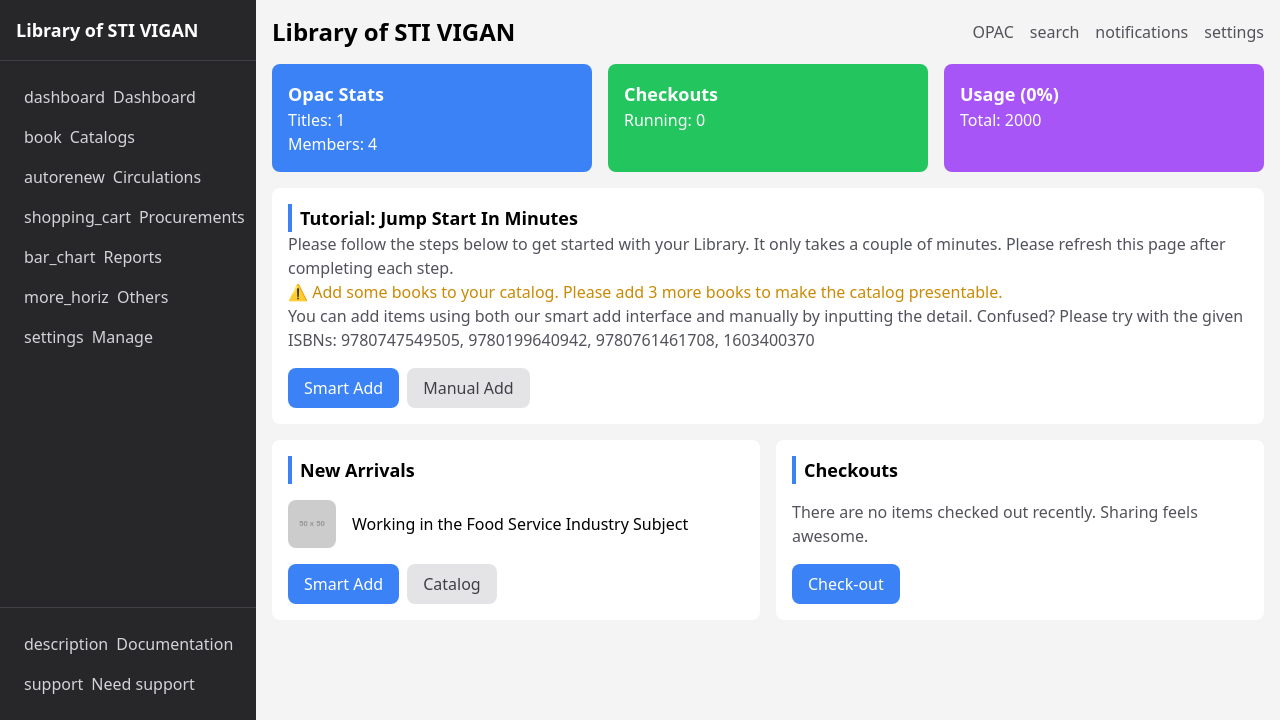
Repository: camiecamcam/STI-Vigan-e-Library
Page: dashboard/dashboard.html
An editor plug-in stored every save of this project. The page is shown before and after the next save, followed by the edit.
The browser window is 1280 px wide. The pictures show the whole page.
Some web libraries are served in a nearby version.

Above is the page before, as saved 2024-06-21 11:11:46.

### dashboard/dashboard.html
<!DOCTYPE html>
<html>
<head>
    <html>
        <head>
          <meta charset="UTF-8">
          <meta name="viewport" content="width=device-width, initial-scale=1.0">
          <script src="https://cdn.tailwindcss.com"></script>
        </head>
        <body>
          <div class="flex h-screen">

        <div class="w-64 bg-zinc-800 text-white flex flex-col">
          <div class="p-4 text-lg font-semibold border-b border-zinc-700">Library of STI VIGAN</div>
          <nav class="flex-1 p-4">
            <a href="#" class="flex items-center p-2 text-zinc-300 hover:bg-zinc-700 hover:text-white rounded-lg transition-colors">
              <span class="material-icons">dashboard</span>
              <span class="ml-2">Dashboard</span>
            </a>
            <a href="#" class="flex items-center p-2 text-zinc-300 hover:bg-zinc-700 hover:text-white rounded-lg transition-colors">
              <span class="material-icons">book</span>
              <span class="ml-2">Catalogs</span>
            </a>
            <a href="#" class="flex items-center p-2 text-zinc-300 hover:bg-zinc-700 hover:text-white rounded-lg transition-colors">
              <span class="material-icons">autorenew</span>
              <span class="ml-2">Circulations</span>
            </a>
            <a href="#" class="flex items-center p-2 text-zinc-300 hover:bg-zinc-700 hover:text-white rounded-lg transition-colors">
              <span class="material-icons">shopping_cart</span>
              <span class="ml-2">Procurements</span>
            </a>
            <a href="#" class="flex items-center p-2 text-zinc-300 hover:bg-zinc-700 hover:text-white rounded-lg transition-colors">
              <span class="material-icons">bar_chart</span>
              <span class="ml-2">Reports</span>
            </a>
            <a href="#" class="flex items-center p-2 text-zinc-300 hover:bg-zinc-700 hover:text-white rounded-lg transition-colors">
              <span class="material-icons">more_horiz</span>
              <span class="ml-2">Others</span>
            </a>
            <a href="#" class="flex items-center p-2 text-zinc-300 hover:bg-zinc-700 hover:text-white rounded-lg transition-colors">
              <span class="material-icons">settings</span>
              <span class="ml-2">Manage</span>
            </a>
          </nav>
          <div class="p-4 border-t border-zinc-700">
            <a href="#" class="flex items-center p-2 text-zinc-300 hover:bg-zinc-700 hover:text-white rounded-lg transition-colors">
              <span class="material-icons">description</span>
              <span class="ml-2">Documentation</span>
            </a>
            <a href="#" class="flex items-center p-2 text-zinc-300 hover:bg-zinc-700 hover:text-white rounded-lg transition-colors">
              <span class="material-icons">support</span>
              <span class="ml-2">Need support</span>
            </a>
          </div>
        </div>

        <div class="flex-1 bg-zinc-100 p-4">
          <div class="flex justify-between items-center mb-4">
            <h1 class="text-2xl font-semibold">Library of STI VIGAN</h1>
            <div class="flex items-center space-x-4">
              <span class="text-zinc-600">OPAC</span>
              <span class="material-icons text-zinc-600">search</span>
              <span class="material-icons text-zinc-600">notifications</span>
              <span class="material-icons text-zinc-600">settings</span>
            </div>
          </div>
      <div class="grid grid-cols-1 md:grid-cols-2 lg:grid-cols-3 gap-4 mb-4">
        <div class="bg-blue-500 text-white p-4 rounded-lg">
          <h2 class="text-lg font-semibold">Opac Stats</h2>
          <p>Titles: 1</p>
          <p>Members: 4</p>
        </div>
        <div class="bg-green-500 text-white p-4 rounded-lg">
          <h2 class="text-lg font-semibold">Checkouts</h2>
          <p>Running: 0</p>
        </div>
        <div class="bg-purple-500 text-white p-4 rounded-lg">
          <h2 class="text-lg font-semibold">Usage (0%)</h2>
          <p>Total: 2000</p>
        </div>
      </div>

      <div class="bg-white p-4 rounded-lg mb-4">
        <h2 class="text-lg font-semibold border-l-4 border-blue-500 pl-2">Tutorial: Jump Start In Minutes</h2>
        <p class="text-zinc-600">Please follow the steps below to get started with your Library. It only takes a couple of minutes. Please refresh this page after completing each step.</p>
        <p class="text-yellow-600">⚠️ Add some books to your catalog. Please add 3 more books to make the catalog presentable.</p>
        <p class="text-zinc-600">You can add items using both our smart add interface and manually by inputting the detail. Confused? Please try with the given ISBNs: 9780747549505, 9780199640942, 9780761461708, 1603400370</p>
        <div class="flex space-x-2 mt-4">
          <button class="bg-blue-500 text-white px-4 py-2 rounded-lg">Smart Add</button>
          <button class="bg-zinc-200 text-zinc-700 px-4 py-2 rounded-lg">Manual Add</button>
        </div>
      </div>

      <div class="grid grid-cols-1 md:grid-cols-2 gap-4">
        <div class="bg-white p-4 rounded-lg">
          <h2 class="text-lg font-semibold border-l-4 border-blue-500 pl-2">New Arrivals</h2>
          <div class="flex items-center mt-4">
            <img src="https://placehold.co/50x50" alt="Book cover" class="w-12 h-12 rounded-lg mr-4">
            <p>Working in the Food Service Industry Subject</p>
          </div>
          <div class="flex space-x-2 mt-4">
            <button class="bg-blue-500 text-white px-4 py-2 rounded-lg">Smart Add</button>
            <button class="bg-zinc-200 text-zinc-700 px-4 py-2 rounded-lg">Catalog</button>
          </div>
        </div>
        <div class="bg-white p-4 rounded-lg">
          <h2 class="text-lg font-semibold border-l-4 border-blue-500 pl-2">Checkouts</h2>
          <p class="text-zinc-600 mt-4">There are no items checked out recently. Sharing feels awesome.</p>
          <button class="bg-blue-500 text-white px-4 py-2 rounded-lg mt-4">Check-out</button>
        </div>
      </div>
        </div>
      </div>
        </body>
      </html>
</head>


</body>
</html>

After the next save:
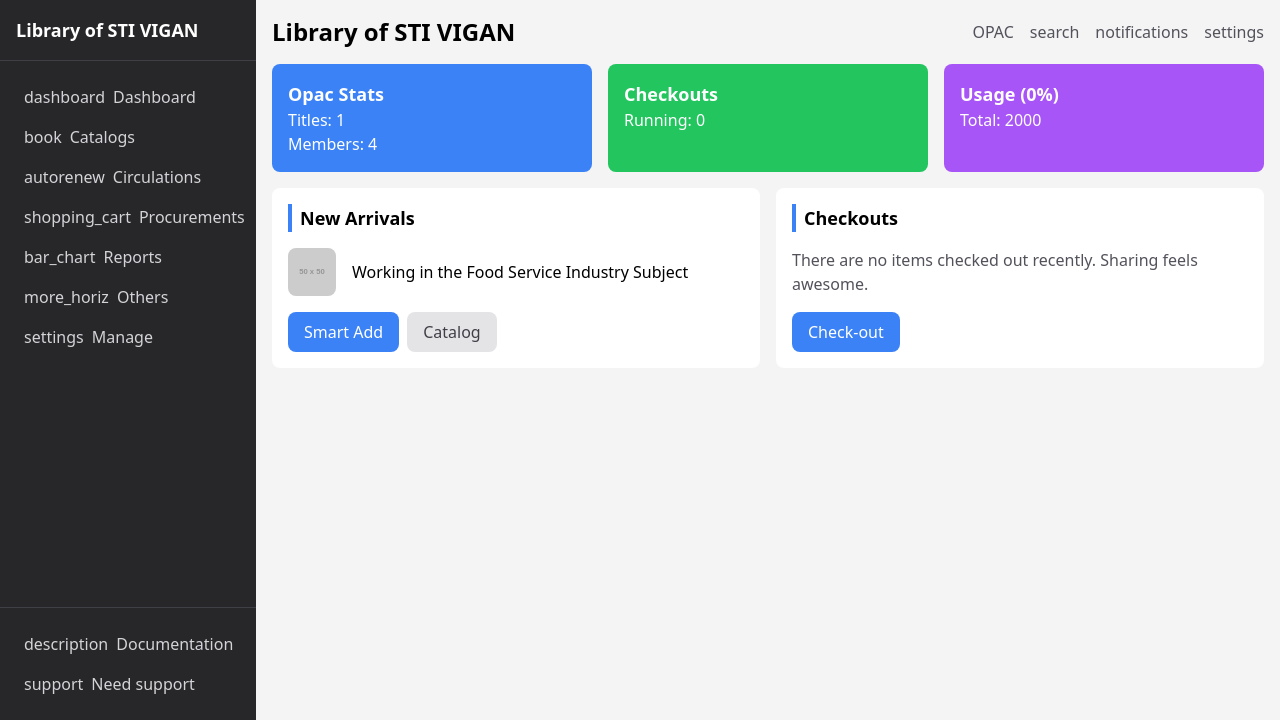
Saved 59 s later.
--- a/dashboard/dashboard.html
+++ b/dashboard/dashboard.html
@@ -80,16 +80,7 @@
         </div>
       </div>
 
-      <div class="bg-white p-4 rounded-lg mb-4">
-        <h2 class="text-lg font-semibold border-l-4 border-blue-500 pl-2">Tutorial: Jump Start In Minutes</h2>
-        <p class="text-zinc-600">Please follow the steps below to get started with your Library. It only takes a couple of minutes. Please refresh this page after completing each step.</p>
-        <p class="text-yellow-600">⚠️ Add some books to your catalog. Please add 3 more books to make the catalog presentable.</p>
-        <p class="text-zinc-600">You can add items using both our smart add interface and manually by inputting the detail. Confused? Please try with the given ISBNs: 9780747549505, 9780199640942, 9780761461708, 1603400370</p>
-        <div class="flex space-x-2 mt-4">
-          <button class="bg-blue-500 text-white px-4 py-2 rounded-lg">Smart Add</button>
-          <button class="bg-zinc-200 text-zinc-700 px-4 py-2 rounded-lg">Manual Add</button>
-        </div>
-      </div>
+
 
       <div class="grid grid-cols-1 md:grid-cols-2 gap-4">
         <div class="bg-white p-4 rounded-lg">
